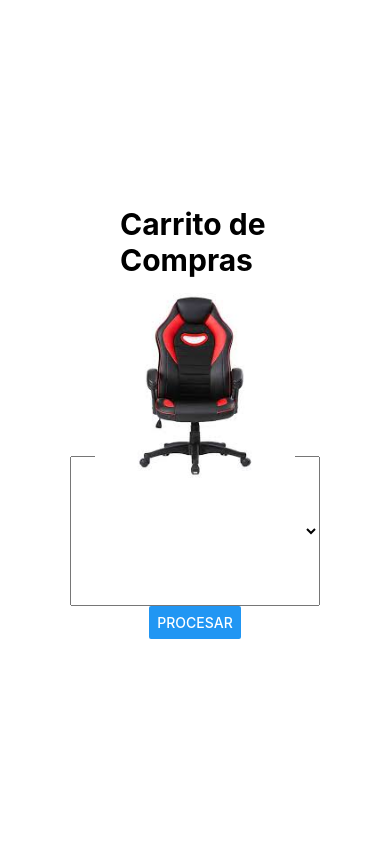
Repository: oscaredu1998/compras
Screen: / (app in frontend/)
An editor plug-in stored every save of this project. The screen is shown before and after the next save, followed by the edit.
The app was drawn by React Native's web renderer in a window 390 px wide. The project was rebuilt for these pictures with package versions that can differ from the ones it lists, and the page was loaded fresh each time.

Above is the screen before, as saved 2020-02-21 18:18:51.

### frontend/App.js
import React, { Component } from 'react';
import { Picker, View, Image, StyleSheet, Button, Text, Alert } from 'react-native';
import axios from 'axios';

const URL = "http://192.168.0.104:5000/api/";

export default class App extends Component {
  state = {
    response: ''
  }

  handleSelect = text => {
    this.setState({ response: text });
  };

  getData = () => {
    axios.get(URL+this.state.response)
    .then(response => {
      Alert.alert("Usted ha selecionado: " + JSON.stringify(response.data.empresa),
      ("Tiempo estimado de: " + JSON.stringify(response.data.tiempo) + " para su entrega"))
      // this.setState({ serverRes: response.data.datos })
    })
    .catch(error => {
      console.log(error)
    })
  }

  render() {
    return (
      <View style={styles.container}>
        <Text style={{width: 150, height: 50, fontSize: 30, fontWeight: 'bold'}}>Carrito de Compras</Text>
        <Image
            style={{width: 200, height: 200, top: 30}}
            source={require('./assets/images.jpg')}
          />
        <Picker style={{ height: 150, width: 250 }} onValueChange={this.handleSelect}>
          <Picker.Item label="" value="" />
          <Picker.Item label="Fedex" value="fedex" />
          <Picker.Item label="Correo del Ecuador" value="correos-ecuador" />
          <Picker.Item label="Servientrega" value="servientrega" />
        </Picker>
        <Button
          title="Procesar"
          onPress = {() => {this.getData()}}
          // onPress={() => alert(JSON.stringify(this.state.response))}
        />
      </View>
    )
  }
}


const styles = StyleSheet.create({
  container: {
    flex: 1,
    backgroundColor: '#fff',
    alignItems: 'center',
    justifyContent: 'center',
  },
});

After the next save:
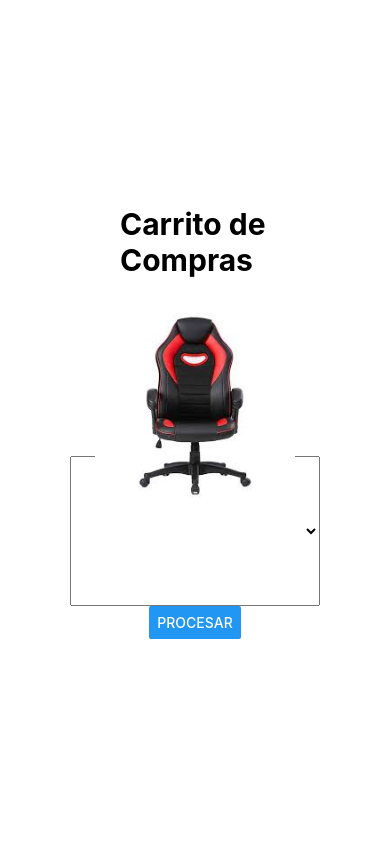
Saved 6 s later.
--- a/frontend/App.js
+++ b/frontend/App.js
@@ -30,7 +30,7 @@ export default class App extends Component {
       <View style={styles.container}>
         <Text style={{width: 150, height: 50, fontSize: 30, fontWeight: 'bold'}}>Carrito de Compras</Text>
         <Image
-            style={{width: 200, height: 200, top: 30}}
+            style={{width: 200, height: 200, top: 50}}
             source={require('./assets/images.jpg')}
           />
         <Picker style={{ height: 150, width: 250 }} onValueChange={this.handleSelect}>
